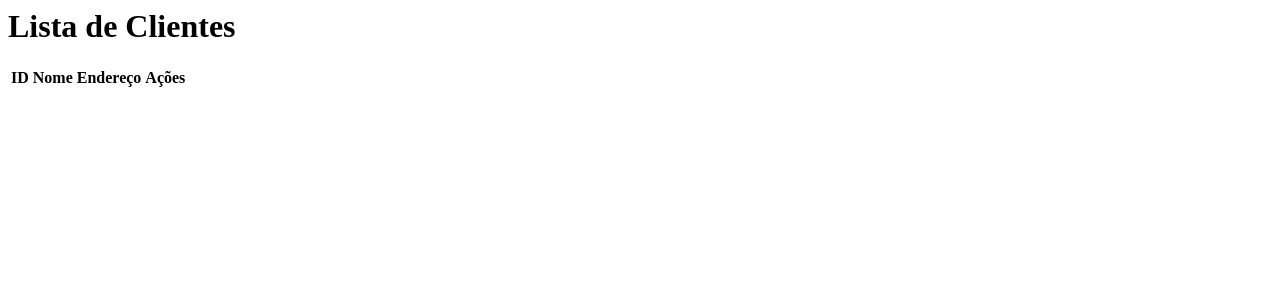
Repository: Luckycaat/eloquent-ORM
Page: http://localhost/clients
The author's editor kept a copy of each file at every save. The page is drawn from the files as they stood at one save, then again after the next save.
The browser window is 1280 px wide. The pictures show the whole page.
The page is served by the project's Laravel application, run on PHP 8.4 with Laravel 9. Queries for data that is not in the repository find no rows.

Above is the page before, as saved 2022-09-20 15:20:13.

After the next save:
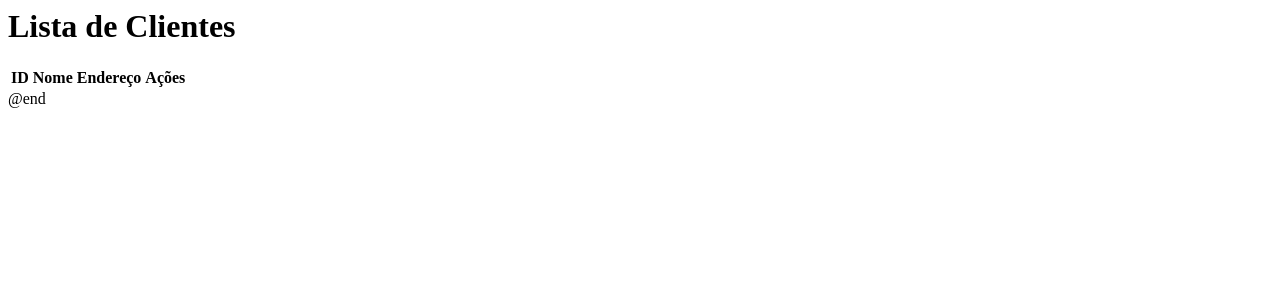
Saved 8 s later.
--- a/resources/views/clients/index.blade.php
+++ b/resources/views/clients/index.blade.php
@@ -20,3 +20,4 @@
                 @endforeach
             </tbody>
         </table>
+@end
